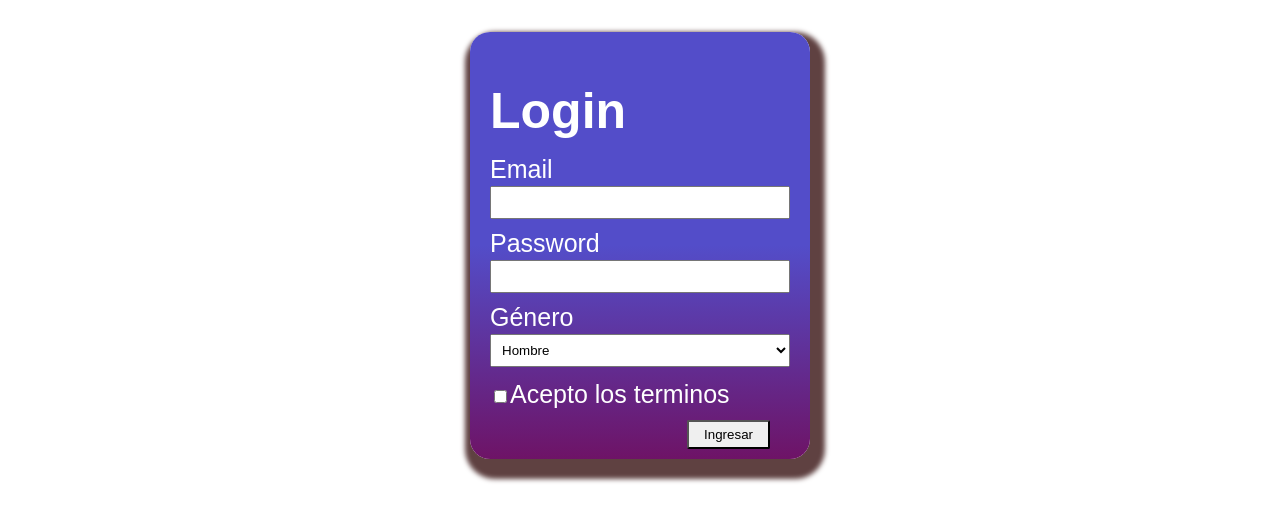
Repository: May-Mar/aspirantes-mir-html-y-css
Page: ejercicio1-html-y-css/index.html
The author's editor kept a copy of each file at every save. The page is drawn from the files as they stood at one save, then again after the next save.
The browser window is 1280 px wide. The pictures show the whole page.

Above is the page before, as saved 2023-05-26 18:50:53.

After the next save:
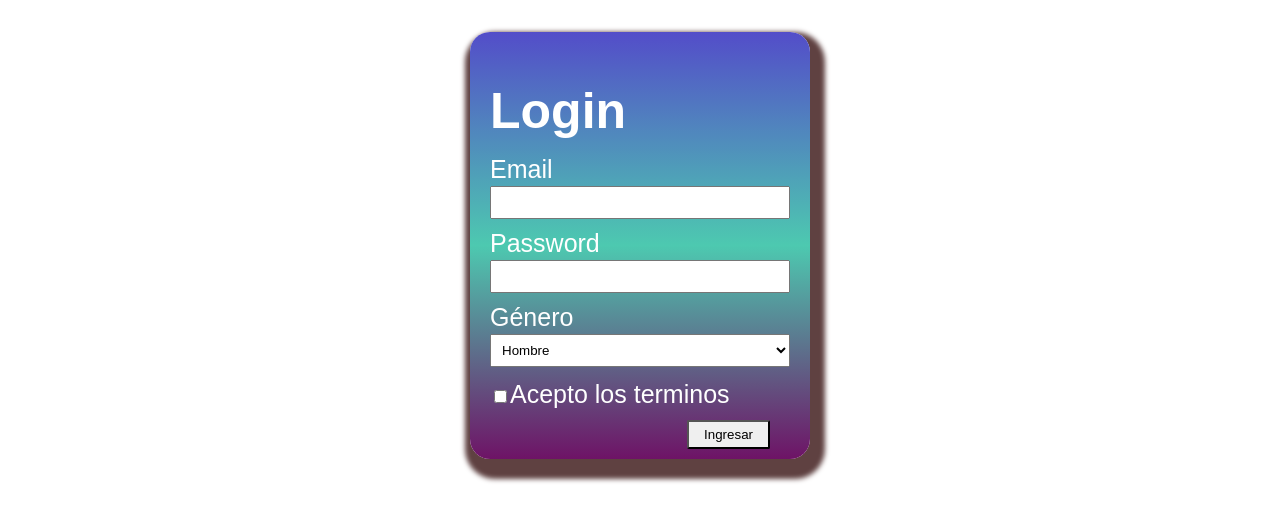
Saved 6 s later.
--- a/ejercicio1-html-y-css/styles.css
+++ b/ejercicio1-html-y-css/styles.css
@@ -8,7 +8,7 @@
     padding: 50px 20px;
     border-radius: 20px;
     margin: 20px auto 20px;
-    background: linear-gradient(#534dc9, #534dc9, #6e1366);
+    background: linear-gradient(#534dc9, #4dc9b0, #6e1366);
     box-shadow: 5px 10px 5px 10px #5f4141;
     color: #FFFFFF;
     font-family: Arial, Helvetica, sans-serif;
